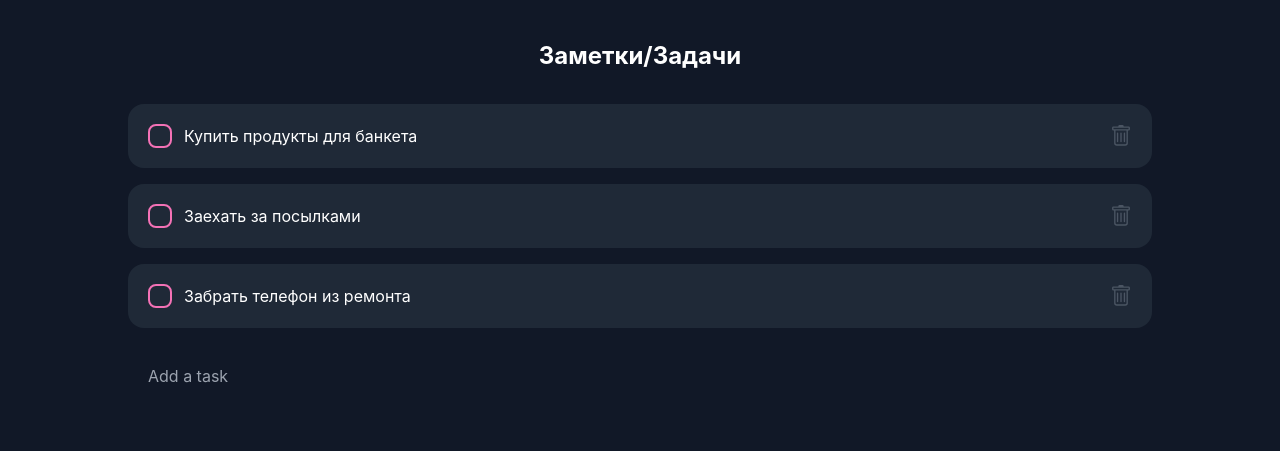
Repository: VachArt/react-exam-work
Page: /about
These files come from the project's save history. The page is drawn as it stood at one moment and after the next save; the edit follows.
The browser window is 1280 px wide. The pictures show the whole page.
The project was rebuilt for these pictures with package versions that can differ from the ones it lists, and the page was loaded fresh each time.

Above is the page before, as saved 2022-04-27 22:30:38.

### src/index.jsx
import React from 'react'
import ReactDOM from 'react-dom/client'
import './index.css'
import Home from './components/pages/Home/Home'
import Layout from './components/layout/Layout'

const root = ReactDOM.createRoot(document.getElementById('root'));
root.render(
  <React.StrictMode>
    <Layout>
      <Home />
    </Layout>
  </React.StrictMode>
);

### src/components/pages/Home/Home.jsx
import React, { useState } from 'react'
import TodoItem from './item/TodoItem'
import CreateTodoField from './create-todo-field/CreateTodoField'

const data = [
    {
        _id: "efnejhj",
        title: "Купить продукты для банкета",
        isCompleted: false,
    },
    {
        _id: "efnejhrrrr",
        title: "Заехать за посылками",
        isCompleted: false,
    },
    {
        _id: "efnejhj2323",
        title: "Забрать телефон из ремонта",
        isCompleted: false,
    }
]

const Home = () => {
    const [todos, setTodos] = useState(data)

    const changeTodo = (id) => {
        const copy = [...todos]
        const current = copy.find(t => t._id === id)
        current.isCompleted = !current.isCompleted
        setTodos(copy)
    }

    const removeTodo = id => setTodos([...todos].filter(t => t._id !== id))

    const addTodo = (title) => {
        setTodos([
            {
                _id: new Date(),
                title,
                isCompleted: false
            },
            ...todos,
        ])
    }

    window.addTodo = addTodo

    return (
        <div className='text-white w-4/5 mx-auto'>
            <h1 className='text-2xl font-bold text-center mb-8'>Заметки/Задачи</h1>
            {todos.map(todo => (
                <TodoItem
                    key={todo._id}
                    todo={todo}
                    changeTodo={changeTodo}
                    removeTodo={removeTodo}
                />
            ))}
            <CreateTodoField addTodo={addTodo} />
        </div>
    )
}

export default Home

### src/components/layout/Layout.jsx
import React from 'react'

const Layout = ({ children }) => {
    return <div className='py-10 bg-gray-900 h-screen'>{children}</div>
}

export default Layout

### src/components/pages/Home/item/TodoItem.jsx
import React from 'react'
import Check from './Check'
import cn from 'classnames'
import {BsTrash} from 'react-icons/bs'

const TodoItem = ({todo, changeTodo, removeTodo}) => {
    return (
        <div className='flex items-center justify-between mb-4 rounded-2xl bg-gray-800 p-5 w-full'>
            <button className='flex items-center'
                    onClick={() => changeTodo(todo._id)}
            >
                    <Check isCompleted={todo.isCompleted} />
                    <span
                        className={cn({
                            'line-through': todo.isCompleted,
                        })}
                    >
                        {todo.title}
                    </span>
            </button>
            <button onClick={() => removeTodo(todo._id)}>
                <BsTrash
                    size={22}
                    className='text-gray-600 hover:text-red-600
                    transition-colors ease-in-out duration-300'
                />
            </button>
        </div>
    )
}



export default TodoItem

### src/components/pages/Home/create-todo-field/CreateTodoField.jsx
import React, { useState } from "react"

const CreateTodoField = ({addTodo}) => {
    const [title, setTitle] = useState('')

    return (
        <div className='flex items-center justify-between mb-4 rounded-2xl border-gray-800 p-5 w-full'>
            <input
                type='text'
                onChange={e => setTitle(e.target.value)}
                value={title}
                onKeyPress={e => e.key === 'Enter' && addTodo(title)}
                className='bg-transparent w-full border-none outline-none'
                placeholder='Add a task'
            />
        </div>
    )
}

export default CreateTodoField

### src/components/pages/Home/item/Check.jsx
import React from 'react'
import {BsCheck} from 'react-icons/bs'
import cn from 'classnames'

const Check = ({isCompleted}) => {
    return (
        <div className={cn(`border-2 rounded-lg border-pink-400 w-6 h-6 mr-3 flex items-center justify-center`,
                {
                    'bg-pink-400': isCompleted,
                }
            )}
        >
            {isCompleted && <BsCheck size={24}
            className='text-gray-900'/>}
        </div>
    )
}

export default Check

Loaded but not shown: public/index.html (common file); src/index.css (common file); tailwind.config.js (common file)

After the next save:
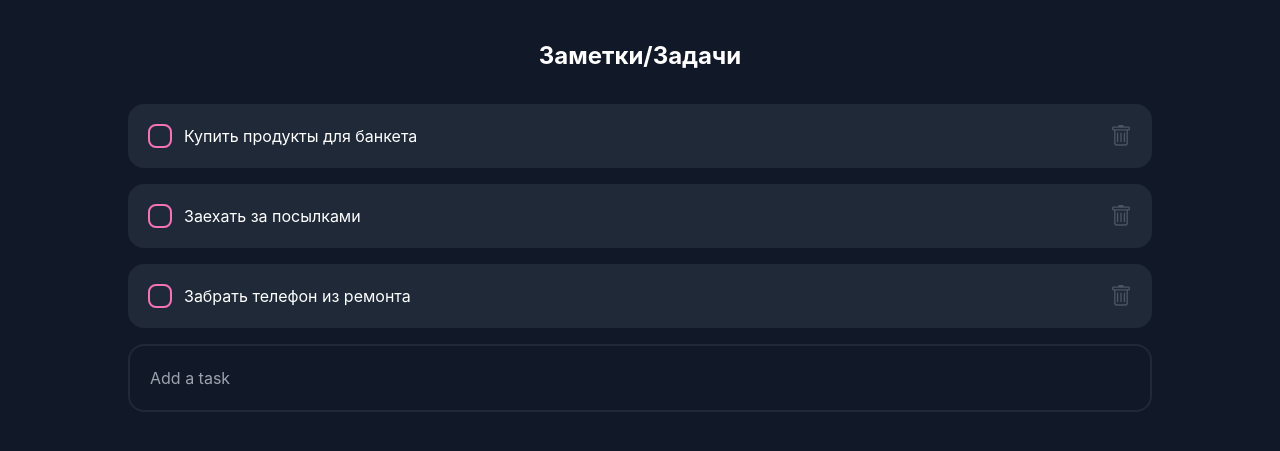
Saved 10 s later.
--- a/src/components/pages/Home/create-todo-field/CreateTodoField.jsx
+++ b/src/components/pages/Home/create-todo-field/CreateTodoField.jsx
@@ -4,7 +4,7 @@ const CreateTodoField = ({addTodo}) => {
     const [title, setTitle] = useState('')
 
     return (
-        <div className='flex items-center justify-between mb-4 rounded-2xl border-gray-800 p-5 w-full'>
+        <div className='flex items-center justify-between mb-4 rounded-2xl border-gray-800 border-2 p-5 w-full'>
             <input
                 type='text'
                 onChange={e => setTitle(e.target.value)}
